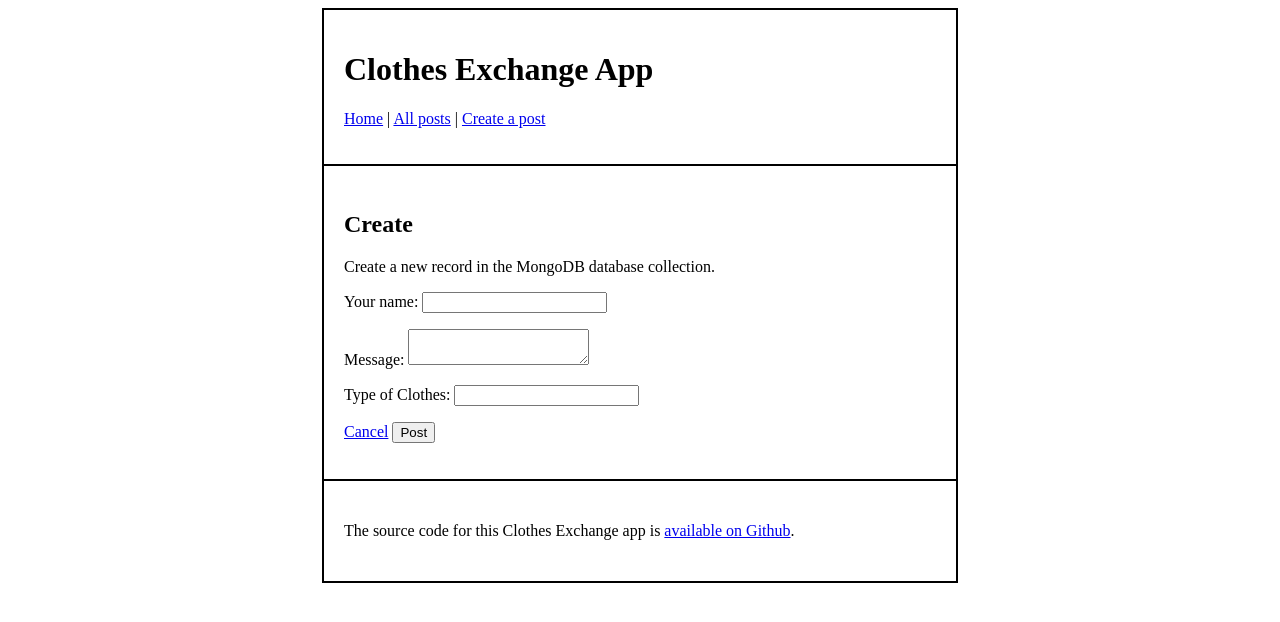
Repository: dbdesign-students-spring2024/7-web-app-dianachen1013
Page: http://localhost/create
These files come from the project's save history. The page is drawn as it stood at one moment and after the next save; the edit follows.
The browser window is 1280 px wide. The pictures show the whole page.
The page is served by the project's application, run on Flask 3 (app.py).

Above is the page before, as saved 2024-04-16 15:36:41.

After the next save:
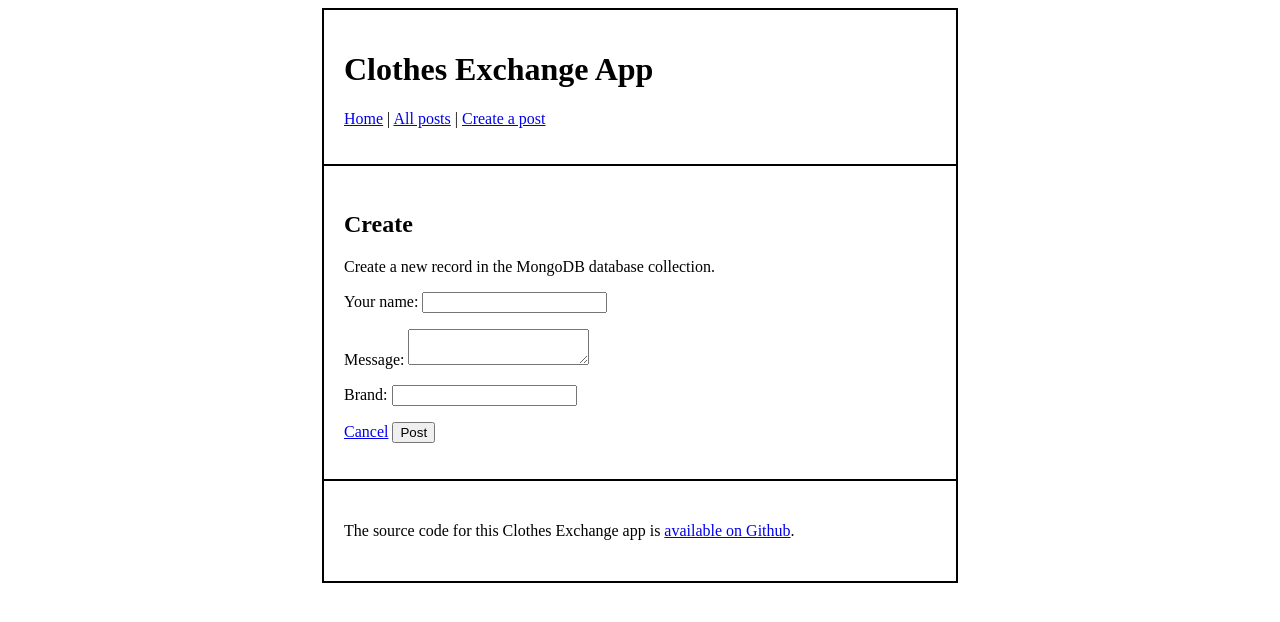
Saved 26 s later.
--- a/templates/create.html
+++ b/templates/create.html
@@ -7,7 +7,7 @@
     Message:
     <textarea type="text" id="fmessage" name="fmessage"></textarea>
   </p>
-  <p>Type of Clothes: <input type="text" id="ftype" name="ftype" /><br /></p>
+  <p>Brand: <input type="text" id="fbrand" name="fbrand" /><br /></p>
   <p>
     <a href="{{ url_for('read')}}">Cancel</a>
     <input type="submit" name="post-btn" value="Post" />
